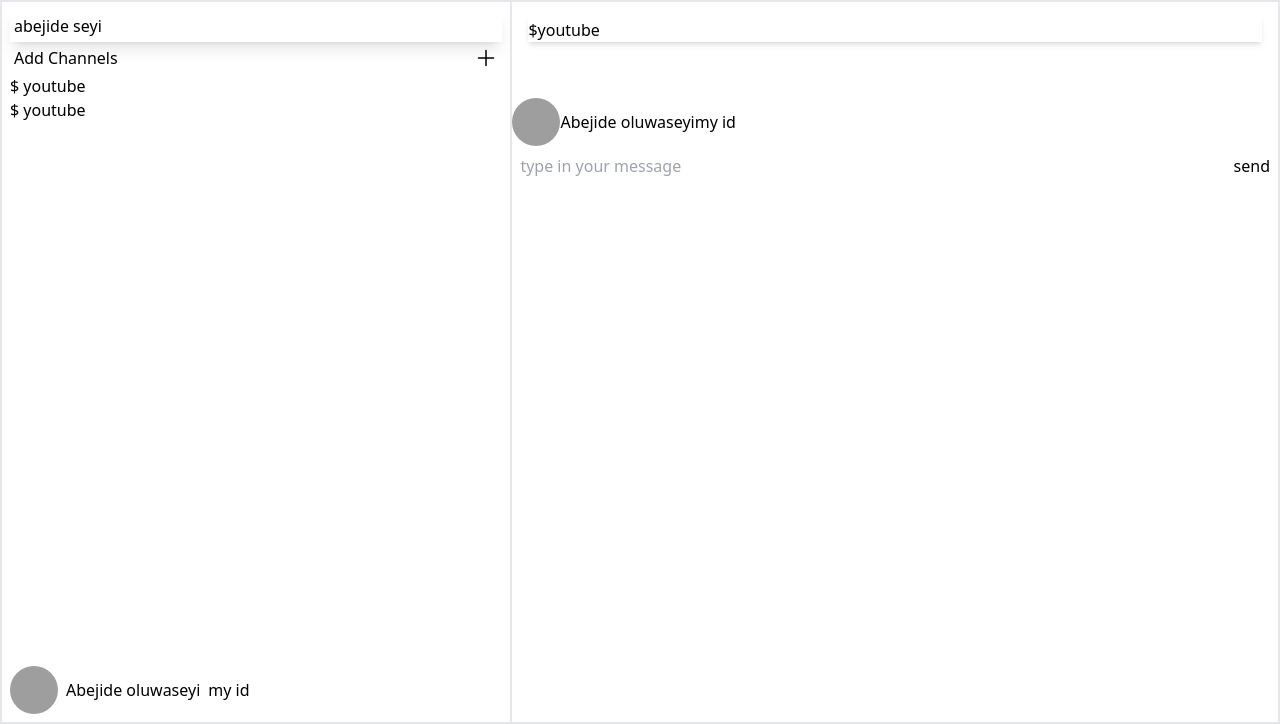
Repository: Semanmernstack/chat-mini
Page: /
The author's editor kept a copy of each file at every save. The page is drawn from the files as they stood at one save, then again after the next save.
The browser window is 1280 px wide. The pictures show the whole page.
Pictures or frames that could not be fetched are drawn as grey boxes. The project was rebuilt for these pictures with package versions that can differ from the ones it lists, and the page was loaded fresh each time. Also part of the build but not shown: src/features/counter/Counter.module.css, src/features/counter/Counter.js.

Above is the page before, as saved 2022-11-14 07:19:50.

### src/App.js
import React from 'react';
import logo from './logo.svg';
import { Counter } from './features/counter/Counter';
import Sidebar from './Sidebar';
import Body from './Body';


function App() {
  return (

    <div className="flex     max-w-screen-xl mx-auto border-2">


      <div className=" flex-[0.4] h-screen ">
        <Sidebar/>
      </div>
      <div className=" flex-[0.6] h-screen">
        <Body/>
      </div>
    </div>
  );
}

export default App;

### src/features/counter/counterSlice.js
import { createAsyncThunk, createSlice } from '@reduxjs/toolkit';
import { fetchCount } from './counterAPI';

const initialState = {
  value: 0,
  status: 'idle',
};

// The function below is called a thunk and allows us to perform async logic. It
// can be dispatched like a regular action: `dispatch(incrementAsync(10))`. This
// will call the thunk with the `dispatch` function as the first argument. Async
// code can then be executed and other actions can be dispatched. Thunks are
// typically used to make async requests.
export const incrementAsync = createAsyncThunk(
  'counter/fetchCount',
  async (amount) => {
    const response = await fetchCount(amount);
    // The value we return becomes the `fulfilled` action payload
    return response.data;
  }
);

export const counterSlice = createSlice({
  name: 'counter',
  initialState,
  // The `reducers` field lets us define reducers and generate associated actions
  reducers: {
    increment: (state) => {
      // Redux Toolkit allows us to write "mutating" logic in reducers. It
      // doesn't actually mutate the state because it uses the Immer library,
      // which detects changes to a "draft state" and produces a brand new
      // immutable state based off those changes
      state.value += 1;
    },
    decrement: (state) => {
      state.value -= 1;
    },
    // Use the PayloadAction type to declare the contents of `action.payload`
    incrementByAmount: (state, action) => {
      state.value += action.payload;
    },
  },
  // The `extraReducers` field lets the slice handle actions defined elsewhere,
  // including actions generated by createAsyncThunk or in other slices.
  extraReducers: (builder) => {
    builder
      .addCase(incrementAsync.pending, (state) => {
        state.status = 'loading';
      })
      .addCase(incrementAsync.fulfilled, (state, action) => {
        state.status = 'idle';
        state.value += action.payload;
      });
  },
});

export const { increment, decrement, incrementByAmount } = counterSlice.actions;

// The function below is called a selector and allows us to select a value from
// the state. Selectors can also be defined inline where they're used instead of
// in the slice file. For example: `useSelector((state: RootState) => state.counter.value)`
export const selectCount = (state) => state.counter.value;

// We can also write thunks by hand, which may contain both sync and async logic.
// Here's an example of conditionally dispatching actions based on current state.
export const incrementIfOdd = (amount) => (dispatch, getState) => {
  const currentValue = selectCount(getState());
  if (currentValue % 2 === 1) {
    dispatch(incrementByAmount(amount));
  }
};

export default counterSlice.reducer;

### src/Sidebar.js
import React from 'react'
import Sidebarlist from './app/Sidebarlist'

function Sidebar() {
  return (
    <div className="flex flex-col h-screen  border-r-2 p-2 mb-4">
        <div className="flex-1"  >
        <div className="shadow-lg p-1">
            <h1>abejide seyi</h1>
        </div>
        <div  className="flex p-1   items-center justify-between">
           <h1>Add Channels</h1>
           <svg xmlns="http://www.w3.org/2000/svg" fill="none" viewBox="0 0 24 24" strokeWidth={1.5} stroke="currentColor" className="w-6 h-6">
                <path strokeLinecap="round" strokeLinejoin="round" d="M12 4.5v15m7.5-7.5h-15" />
            </svg>
        </div>
        <div  >
        <Sidebarlist/>
        <Sidebarlist/>


        </div>


        </div>
        <div className=" flex items-center space-x-2">
            <img className="h-12 w-12 rounded-full"   src="https://cdn.pixabay.com/photo/2022/10/17/15/55/meditate-7528123__340.jpg" alt="img" />
            <h3>Abejide oluwaseyi</h3>
            <span>my id</span>
        </div>


    </div>
  )
}

export default Sidebar

### src/Body.js
import React from 'react'
import BodyHeader from './BodyHeader'

function Body() {
  return (
    <div className="flex flex-col  ">
        <div className=" flex flex-col  flex-1">
        <div>
            <BodyHeader/>
        </div>
        <div className=" flex items-center  ">
            <img className="h-12 w-12 rounded-full"   src="https://cdn.pixabay.com/photo/2022/10/17/15/55/meditate-7528123__340.jpg" alt="img" />
            <h3>Abejide oluwaseyi</h3>
            <span>my id</span>
        </div>
        </div>
        <form className="flex-1 flex p-2">
            <input className="flex-1" type="text" placeholder='type in your message' />
            <button>send</button>
        </form>
    </div>
  )
}

export default Body

### src/app/Sidebarlist.js
import React from 'react'

function Sidebarlist() {
  return (
    <div className="flex items-center justify-between">
        <h2>
         $   <span>youtube</span>
        </h2>
    </div>
  )
}

export default Sidebarlist

### src/BodyHeader.js
import React from 'react'

function BodyHeader() {
  return (
    <div className=" flex flex-col   p-4">

        <div className="shadow-md mb-10">
            <h1 >$youtube</h1>

        </div>



    </div>
  )
}

export default BodyHeader

Loaded but not shown: public/index.html (common file); src/index.js (common file); src/app/store.js (common file); src/reportWebVitals.js (common file); src/index.css (common file); src/features/counter/counterAPI.js (common file); tailwind.config.js (common file)

After the next save:
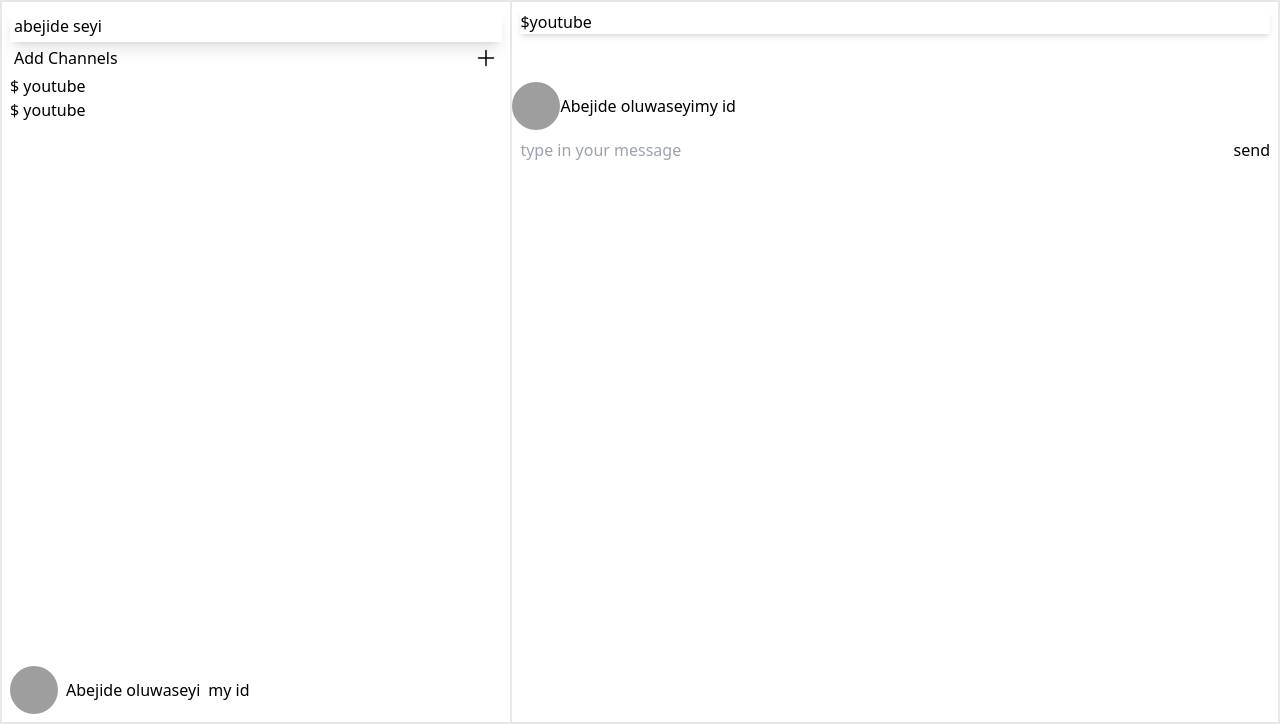
Saved 9 s later.
--- a/src/BodyHeader.js
+++ b/src/BodyHeader.js
@@ -2,7 +2,7 @@
 
 function BodyHeader() {
   return (
-    <div className=" flex flex-col   p-4">
+    <div className=" flex flex-col   p-2">
 
         <div className="shadow-md mb-10">
             <h1 >$youtube</h1>

After the save that followed:
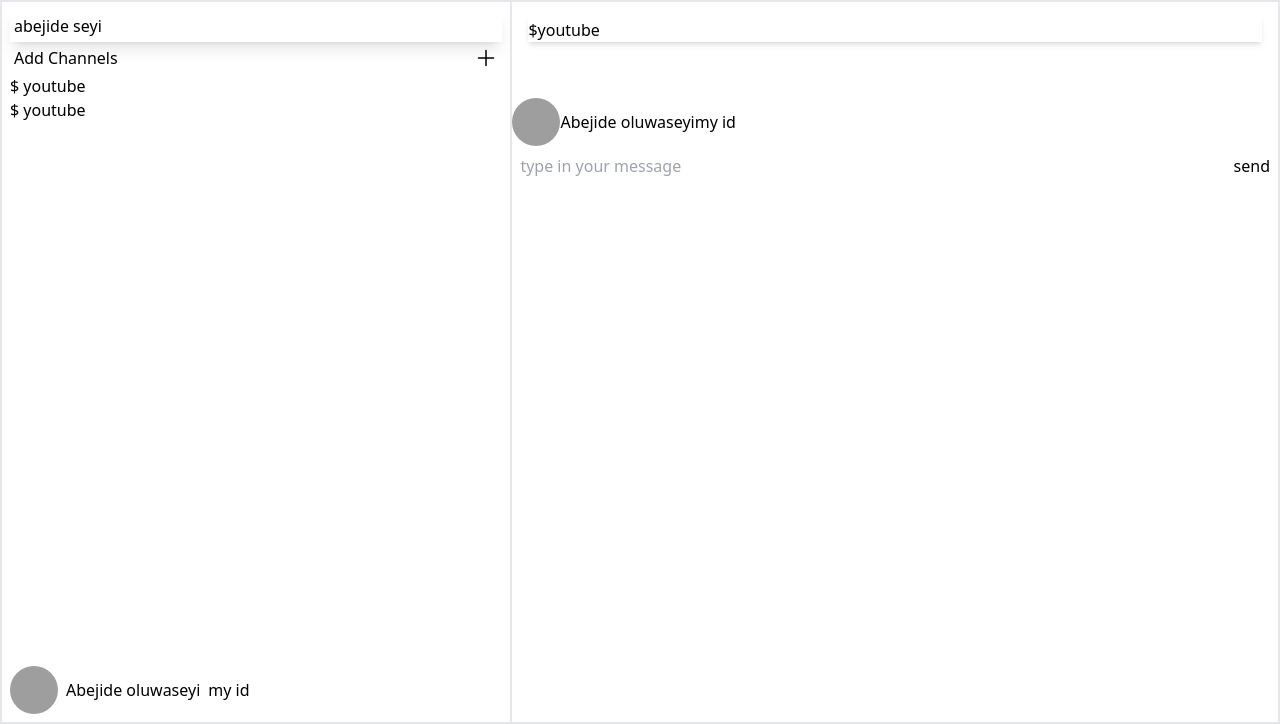
Saved 6 s later.
--- a/src/BodyHeader.js
+++ b/src/BodyHeader.js
@@ -2,7 +2,7 @@
 
 function BodyHeader() {
   return (
-    <div className=" flex flex-col   p-2">
+    <div className=" flex flex-col   p-4">
 
         <div className="shadow-md mb-10">
             <h1 >$youtube</h1>
